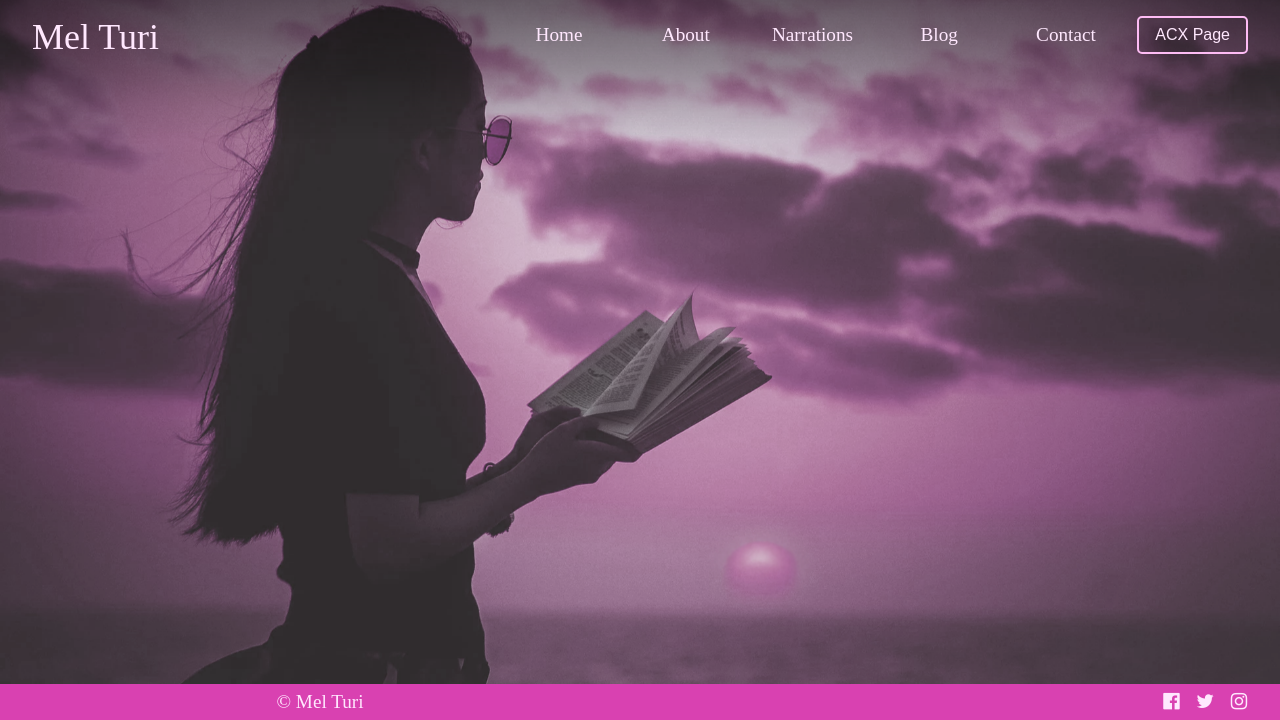
Repository: mel-turi/mel-turi-website
Page: /
The author's editor kept a copy of each file at every save. The page is drawn from the files as they stood at one save, then again after the next save.
The browser window is 1280 px wide. The pictures show the whole page.
Some web fonts or font styles are not loaded; a fallback is used. The project was rebuilt for these pictures with package versions that can differ from the ones it lists, and the page was loaded fresh each time.

Above is the page before, as saved 2019-08-23 20:56:19.

After the next save:
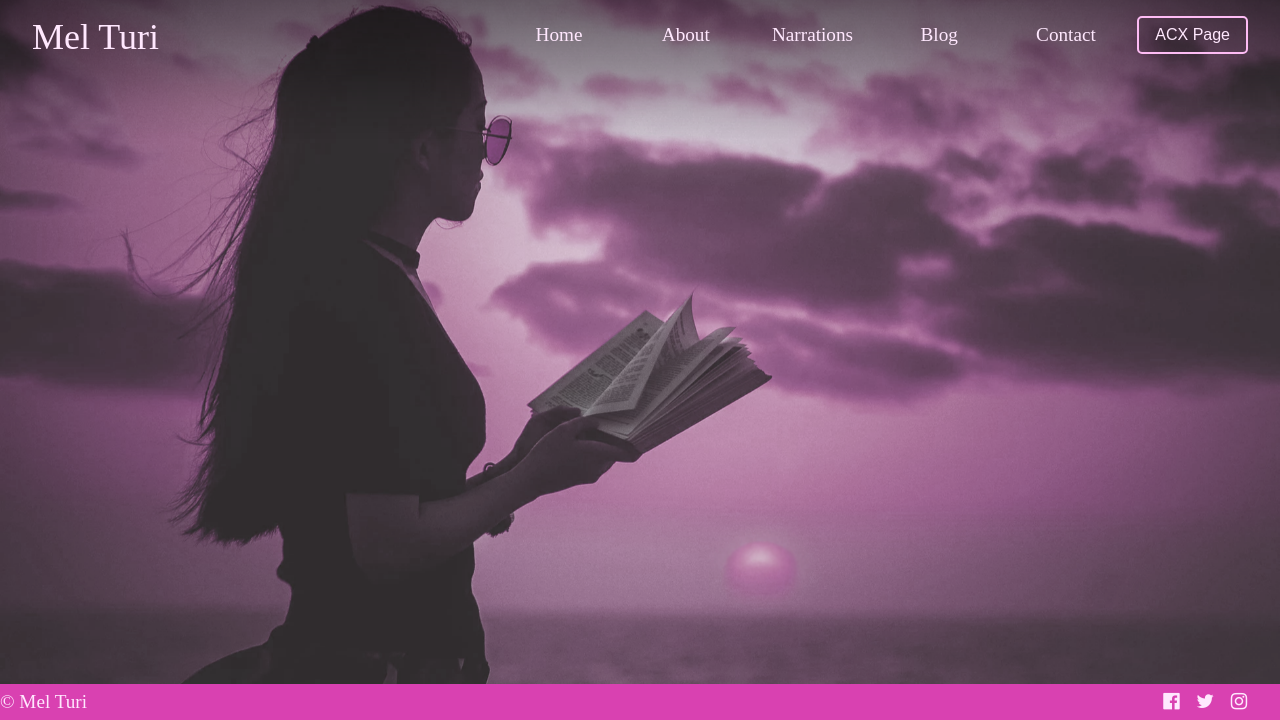
Saved 44 s later.
--- a/src/index.css
+++ b/src/index.css
@@ -118,3 +118,7 @@
   padding: 0;
   list-style-type: none;
 }
+
+.copyright {
+  justify-self: start;
+}
